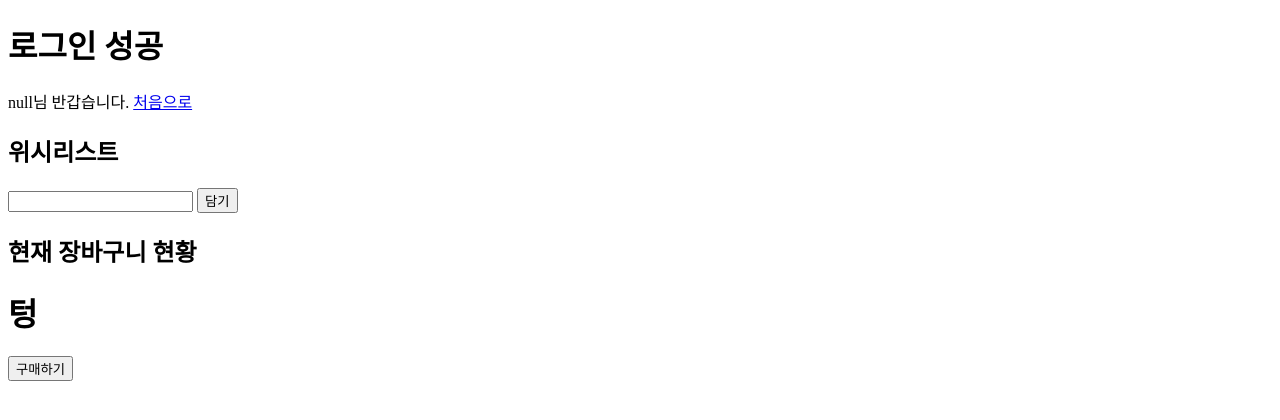
Repository: roadtofuture/woorifisa_java
Page: http://localhost/web_day3/login/loginResult.jsp
These files come from the project's save history. The page is drawn as it stood at one moment and after the next save; the edit follows.
The browser window is 1280 px wide. The pictures show the whole page.
The page is served by Tomcat 9.

Above is the page before, as saved 2023-06-19 03:33:19.

After the next save:
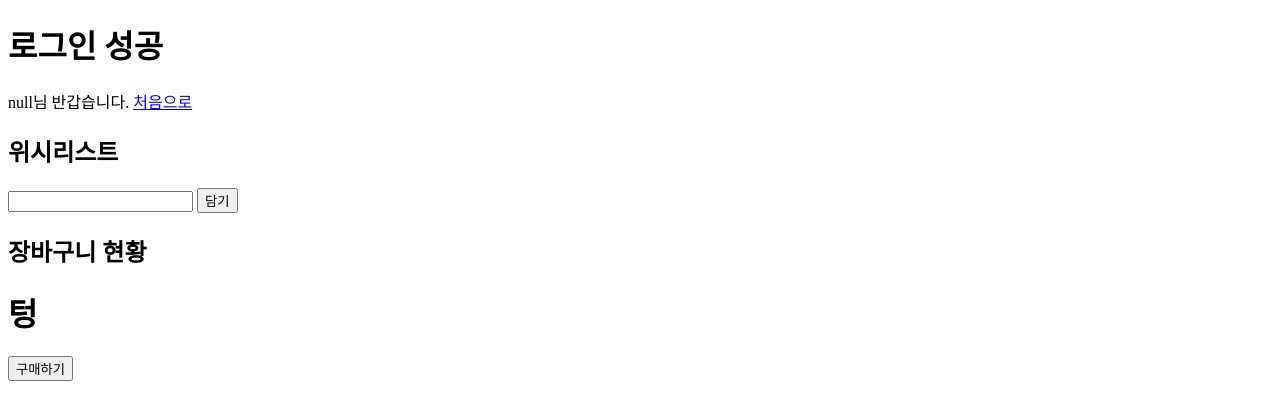
Saved 80 s later.
--- a/web_day3/src/main/webapp/login/loginResult.jsp
+++ b/web_day3/src/main/webapp/login/loginResult.jsp
@@ -18,7 +18,7 @@
 
 	</form>
 
-	<h2>현재 장바구니 현황</h2>
+	<h2> 장바구니 현황 </h2>
 	<div>
 		<%
 		if (session.getAttribute("cart") != null) {
